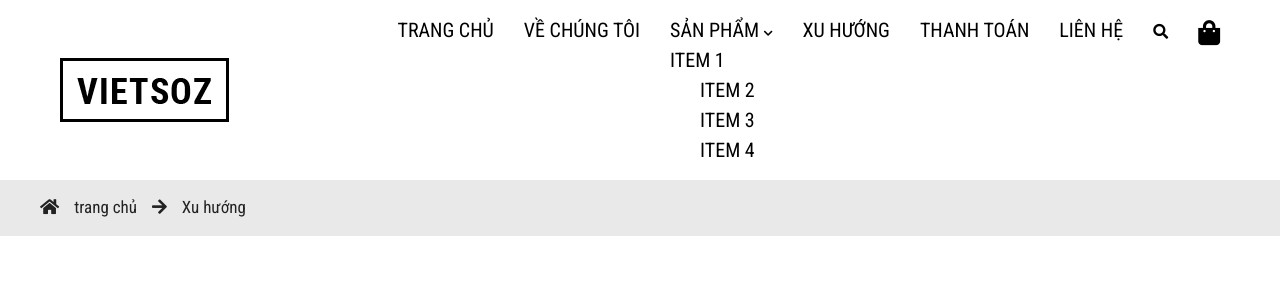
Repository: vinhtk0209/Vietsoz-reponsive
Page: index.html
The author's editor kept a copy of each file at every save. The page is drawn from the files as they stood at one save, then again after the next save.
The browser window is 1280 px wide. The pictures show the whole page.

Above is the page before, as saved 2021-10-23 17:02:25.

After the next save:
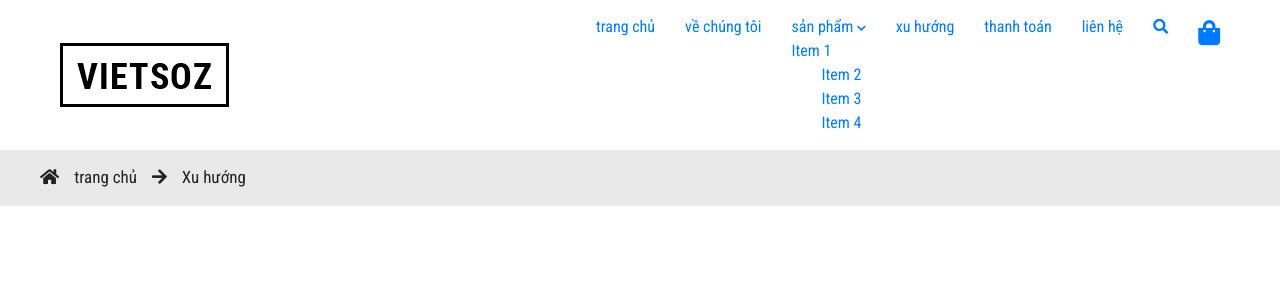
Saved 14 s later.
--- a/assets/css/main.css
+++ b/assets/css/main.css
@@ -39,7 +39,7 @@
 .header-main-menu ul li:not(:first-child) {
     padding-left: 30px;
 }
-.header .wp-header-top
+.header .wp-header-top nav.header-main-menu
 .header-main-menu ul li a {
     text-decoration: none;
 

After the save that followed:
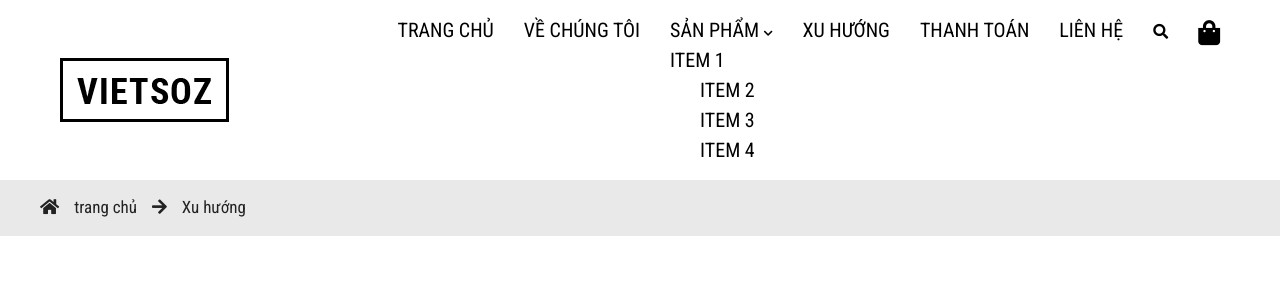
Saved 9 s later.
--- a/assets/css/main.css
+++ b/assets/css/main.css
@@ -39,7 +39,9 @@
 .header-main-menu ul li:not(:first-child) {
     padding-left: 30px;
 }
-.header .wp-header-top nav.header-main-menu
+.header .wp-header-top nav.header-main-menu ul.sub-menu{
+    d
+}
 .header-main-menu ul li a {
     text-decoration: none;
 
